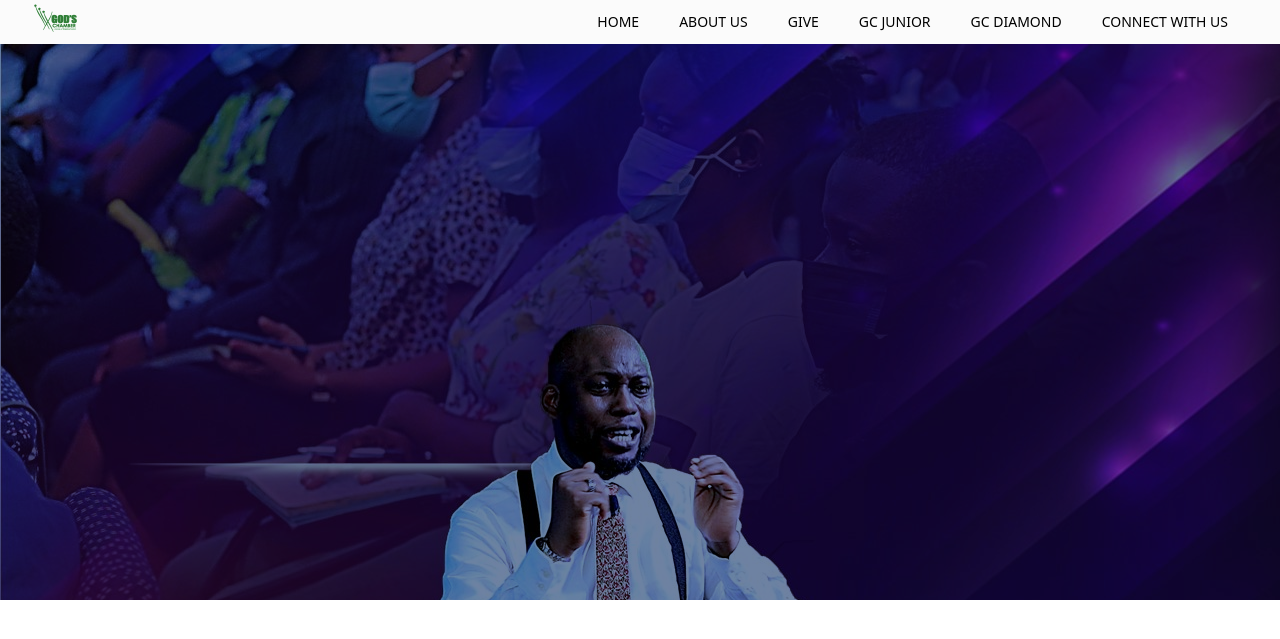
Repository: hisreal123/godschamber-church-main
Page: /
An editor plug-in stored every save of this project. The page is shown before and after the next save, followed by the edit.
The browser window is 1280 px wide. The pictures show the whole page.
The project was rebuilt for these pictures with package versions that can differ from the ones it lists, and the page was loaded fresh each time. The framework's server and built-in components were replaced by stand-ins that run in the browser. Also part of the build but not shown: next.config.js.

Above is the page before, as saved 2022-08-15 20:06:57.

### pages/index.tsx
import type { NextPage } from "next";
import Head from "next/head";
import Banner from "../components/Banner";
import Footer from "../components/Footer";

import Header from "../components/Header";

const Home: NextPage = () => {
  return (
    <div className="">
      <Head>
        <title>Create Next App</title>
        <meta name="description" content="Generated by create next app" />
        <link rel="icon" href="/favicon.ico" />
      </Head>

      <Header />
      <Banner />
    </div>
  );
};

export default Home;

### components/Banner.tsx
import React from "react";

const Banner = () => {
  return (
    <div className=" bg-[url('/assets/Banner.jpg')] bg-no-repeat bg-center  bg-gray-700 bg-cover min-w-screen relative h-[600px] bg-blend-overlay	bg-origin-border bg-scroll  hover:scale-105 transition-all duration-500"></div>
  );
};

export default Banner;

### components/Header.tsx
import React, { useState, useEffect } from "react";
import Nav from "./Navs";
import HamBuger from "./HamBuger";
import Logo from "./Header/Logo";

const Header = () => {
  const [toggle, setToggle] = useState(true);
  const [moveBg, setMoveBg] = useState(false);

  // function to handle toggle and set toggle to opposite of it
  const handleToggle = () => {
    setToggle(!toggle);
  };

  // let changeColor: any = () => {
  //   if (window.scrollY >= 80) {
  //     setMoveBg(false);
  //     console.log(" Hii ");
  //   } else {
  //     setMoveBg(true);
  //   }
  // };
  // window.addEventListener("scroll", changeColor);

  useEffect(() => {}, []);

  //  variable style for CustomStyle from ListItems Component
  const LinkStyle =
    " w-full block py-3 px-0 hover:text-white hover:bg-[#0C4E12] pl-2 text-sm md:px-5 md:m-0 md:bg-[transparent]";

  return (
    <div className="z-10 fixed top-0 w-full bg-[#FBFBFB] md:flex justify-between md:items-center ">
      <div
        className={`mobile ${
          !moveBg ? "bg-[#222222]" : " bg-[#fbfbfb]"
        } md:bg-[#fbfbfb] relative flex items-center  px-3 justify-between w-full md:px-8   `}
      >
        <Logo />
        <div className="md:hidden">
          <HamBuger handleClick={handleToggle} />
        </div>

        <div className="hidden md:flex md:items-center transition-all duration-500 ">
          <Nav url="www.fb.com " item="HOME" CustomStyle={LinkStyle} />
          <Nav url="www.fb.com " item="ABOUT US" CustomStyle={LinkStyle} />
          <Nav url="www.fb.com " item="GIVE" CustomStyle={LinkStyle} />
          <Nav url="www.fb.com " item="GC JUNIOR" CustomStyle={LinkStyle} />
          <Nav url="www.fb.com " item="GC DIAMOND" CustomStyle={LinkStyle} />
          <Nav
            url="www.fb.com "
            item="CONNECT WITH US "
            CustomStyle={LinkStyle}
          />
        </div>
      </div>

      {/* nav List */}
      {!toggle && (
        <div className="transition-all">
          <Nav url="www.fb.com " item="HOME" CustomStyle={LinkStyle} />
          <Nav url="www.fb.com " item="ABOUT US" CustomStyle={LinkStyle} />
          <Nav url="www.fb.com " item="GIVE" CustomStyle={LinkStyle} />
          <Nav url="www.fb.com " item="GC JUNIOR" CustomStyle={LinkStyle} />
          <Nav url="www.fb.com " item="GC DIAMOND" CustomStyle={LinkStyle} />
        </div>
      )}
    </div>
  );
};

export default Header;

### components/Navs.tsx
import React from "react";
import ListItems from "./ListItems";
import { NavProps } from "./NavProps";

const Nav = (props: NavProps) => {
  return (
    <nav className="">
      <ListItems
        url={props.url}
        item={props.item}
        CustomStyle={props.CustomStyle}
      />
    </nav>
  );
};

export default Nav;

// TODO: Passed the  Listitem into this Parent component and passed same to Header Component ,since we could reuse the ListItem component in the Footer also

### components/HamBuger.tsx
import React, { useState } from "react";

// TODO: Fix toggle from whatever

type HamBugerProps = {
  handleClick: () => {};
  toggle: string;
};
const HamBuger: React.FC<HamBugerProps> = ({ handleClick, toggle }) => {
  const [swap, setSwap] = useState(true);

  return (
    <div className="group" onClick={handleClick}>
      <div className=" bg-slate-100 h-[.1rem] w-6 mb-[.4rem] group-hover:mt-[.3rem] group-hover:rotate-[45deg] group-hover:m-0 "></div>
      <div className=" bg-slate-100 h-[.1rem] w-6  group-hover:mb-[.3rem ] group-hover:bg-red-400 group-hover:-rotate-[45deg]"></div>
      <div className=" bg-slate-100 h-[.1rem] w-6  mt-[.4rem] group-hover:hidden"></div>
    </div>
  );
};

export default HamBuger;

### components/Header/Logo.tsx
import Image from "next/image";
import React from "react";

import logo from "/public/assets/PageLogo.png";
const Logo: React.FC = () => {
  return (
    <div>
      <a href="http://www.facebok.com" className="">
        <Image
          src={logo}
          alt=" Page logo"
          height="35"
          width="50"
          // layout=" fixed "
          objectFit="cover"
        />
      </a>
    </div>
  );
};

export default Logo;

### components/ListItems.tsx
import React from "react";
import { NavProps } from "./NavProps";

const ListItems = (props: NavProps) => {
  return (
    <div className=" ">
      <a href={props.url} key={props.item} className={props.CustomStyle}>
        {props.item}
      </a>
    </div>
  );
};

export default ListItems;

### tailwind.config.js
/** @type {import('tailwindcss').Config} */
module.exports = {
  content: [
    "./pages/**/*.{js,ts,jsx,tsx}",
    "./components/**/*.{js,ts,jsx,tsx}",
  ],
  theme: {
    extend: {
      backgroundImage: {
        Main: "url('/public/assets/banner.jpg')",
      },
    },
  },
  plugins: [],
};

Loaded but not shown: pages/_app.tsx (common file); styles/globals.css (common file)

After the next save:
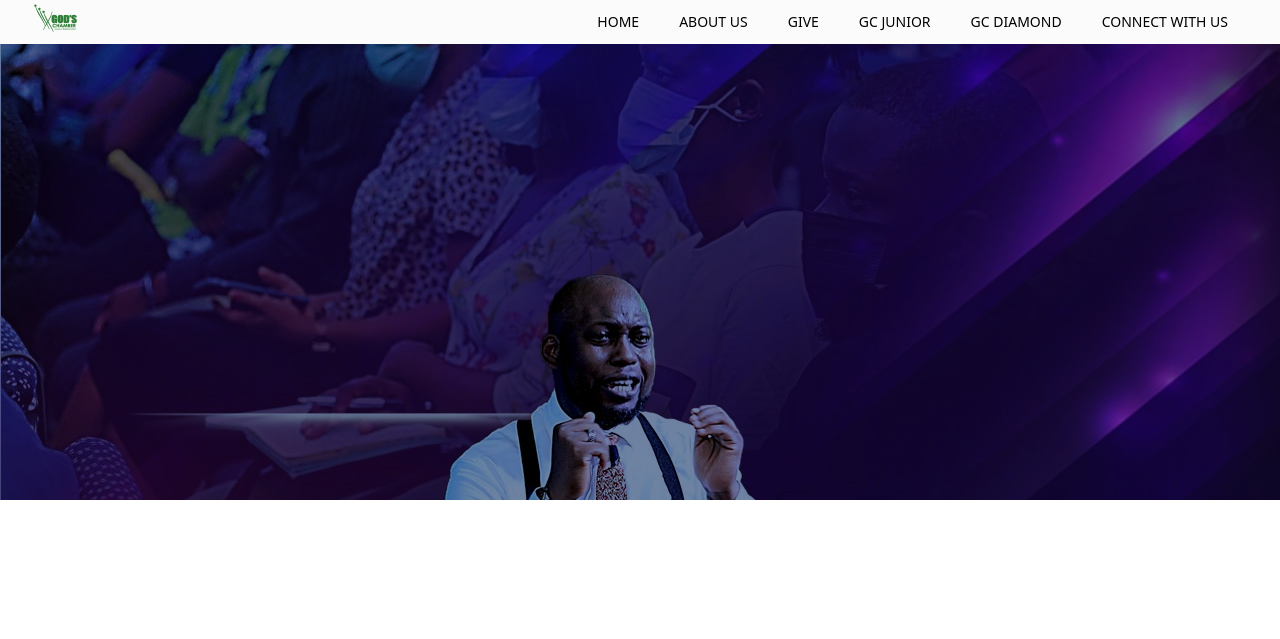
Saved 2 min 3 s later.
--- a/components/Banner.tsx
+++ b/components/Banner.tsx
@@ -2,7 +2,7 @@ import React from "react";
 
 const Banner = () => {
   return (
-    <div className=" bg-[url('/assets/Banner.jpg')] bg-no-repeat bg-center  bg-gray-700 bg-cover min-w-screen relative h-[600px] bg-blend-overlay	bg-origin-border bg-scroll  hover:scale-105 transition-all duration-500"></div>
+    <div className=" bg-[url('/assets/Banner.jpg')] bg-no-repeat bg-center  bg-gray-700 bg-cover min-w-screen relative h-[500px] bg-blend-overlay	bg-origin-border bg-scroll  hover:scale-105 transition-all duration-500"></div>
   );
 };
 
